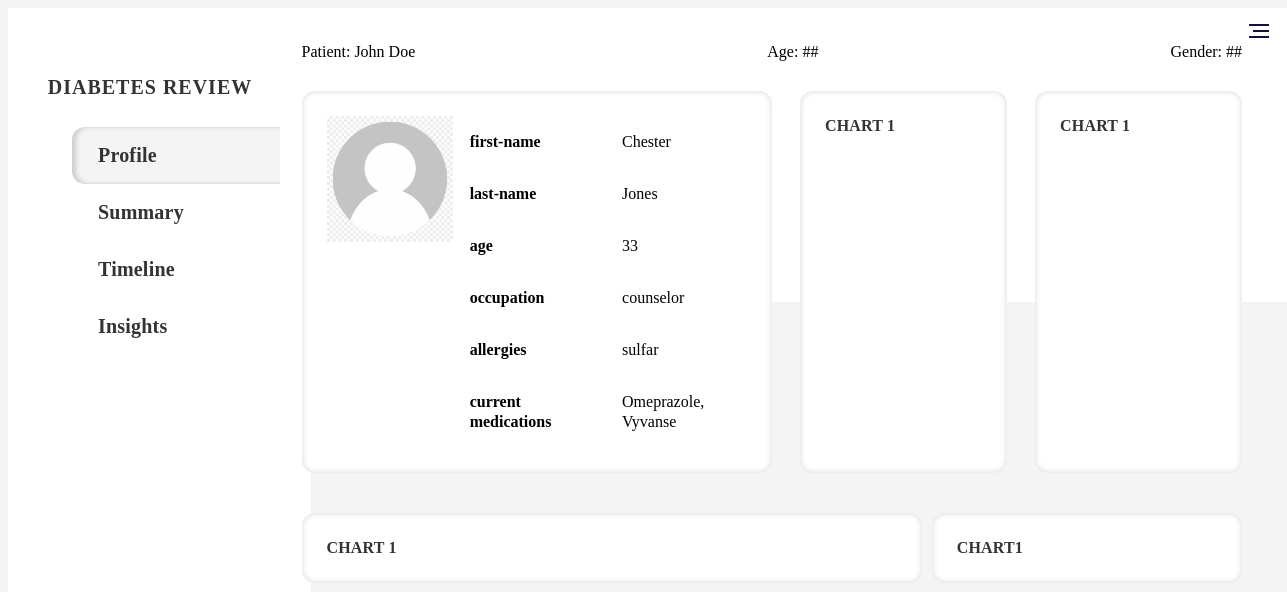
Repository: ariellecerini/clinical-reasoning
Page: /
The author's editor kept a copy of each file at every save. The page is drawn from the files as they stood at one save, then again after the next save.
The browser window is 1280 px wide. The page is 1287 px wide, so the pictures cover 1287 px, including what lies to the right of the window. The pictures show the whole page.
The project was rebuilt for these pictures with package versions that can differ from the ones it lists, and the page was loaded fresh each time. Also part of the build but not shown: src/stories/Dashboard/Components/ListItem/ListItem.vue.

Above is the page before, as saved 2021-07-18 23:39:55.

After the next save:
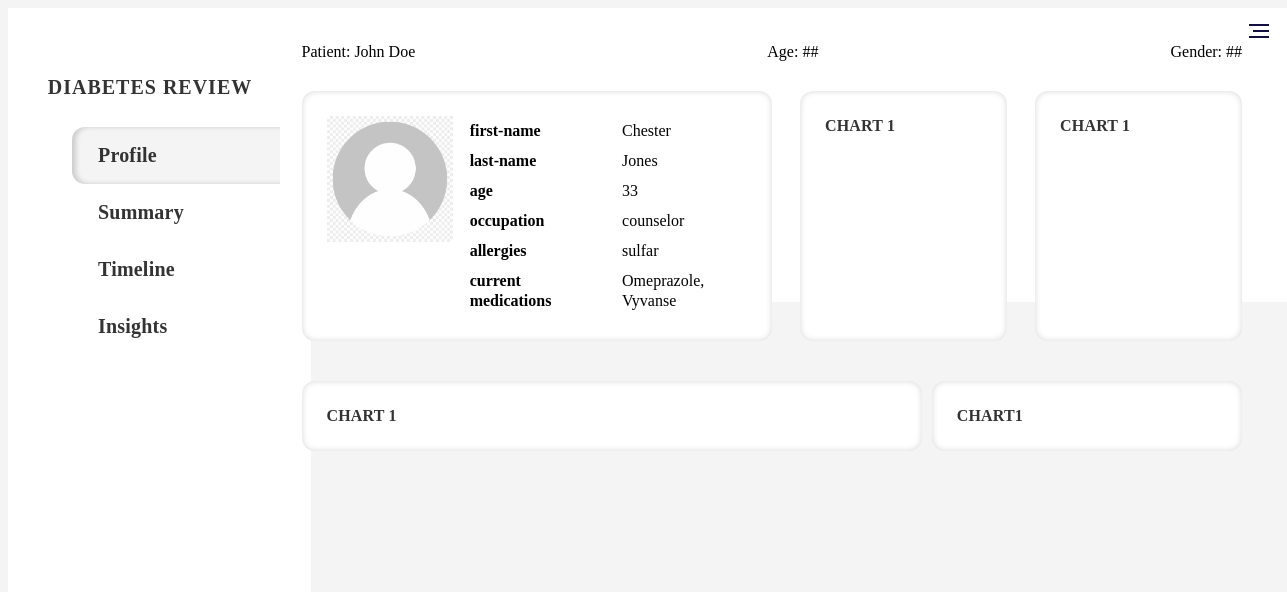
Saved 57 s later.
--- a/src/stories/Dashboard/Components/ProfileCard/ProfileCard.vue
+++ b/src/stories/Dashboard/Components/ProfileCard/ProfileCard.vue
@@ -68,6 +68,10 @@ export default {
   justify-content: space-between;
 }
 
+p{
+  margin-top: 5px;
+  margin-bottom: 5px;
+}
 .left-side{
   width: 30%;
 }
